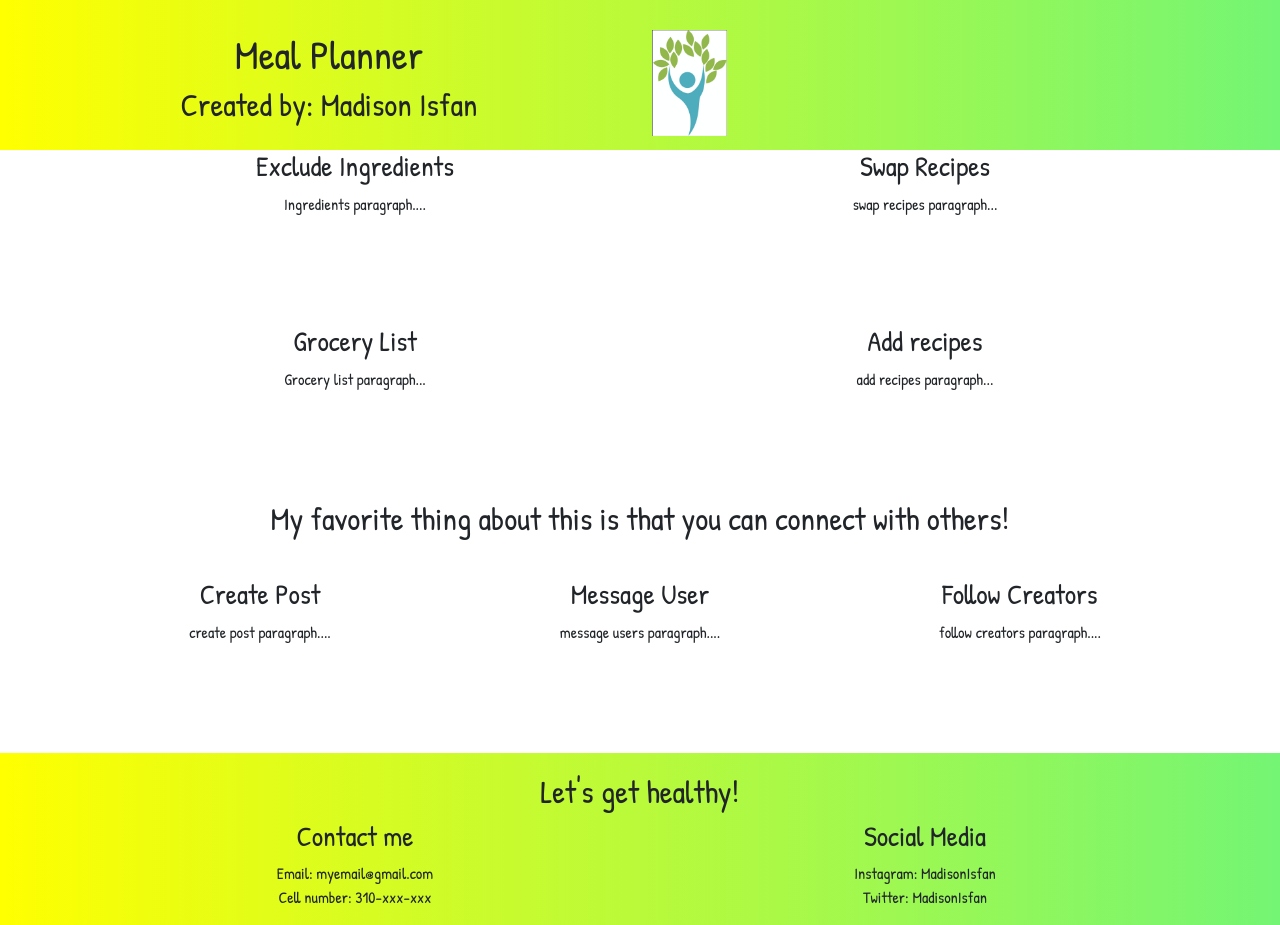
Repository: madisonisfan/Meal-Planner
Page: index.html
These files come from the project's save history. The page is drawn as it stood at one moment and after the next save; the edit follows.
The browser window is 1280 px wide. The pictures show the whole page.
Some web libraries are served in a nearby version.

Above is the page before, as saved 2021-02-19 11:09:18.

### index.html
<!DOCTYPE html>
<head>

    <meta charset="utf-8"/>
    <meta name="viewport" content="width=device-width, initial-scale=1"/>

    <link rel="stylesheet" href="node_modules/bootstrap/dist/css/bootstrap.min.css" />

    <link rel="stylesheet" href="https://fonts.googleapis.com/css?family=Indie+Flower|Patrick+Hand" />
    <link rel="stylesheet" href="css/styles.css"/>
    <title> Meal Planner </title>
</head>

<body>

    <header class="jumbotron">

            <div class="row align-self-center justify-content-start justify-content-lg-between"  > <!--"row align-self-center justify-content-start justify-content-lg-between"-->
                <!--<div class="col text-left ">
                    <!--<img src="healthySymbolSc.jpg">
                </div> -->
                <div class="col-5 col-md text-left text-md-center "><!--col-5 col-md text-left text-md-center-->
                    <h1>Meal Planner</h1>
                    <h2>Created by: Madison Isfan</h2>
                </div>

                <div class="col text-right ">
                    <img src="healthySymbolSc.jpg">
                </div>
            </div>

    </header>

    <div class="container ">
        <div class="row row-content">
            <div class="col-12 text-center col-md">
                <h3>Exclude Ingredients</h3>
                <p>Ingredients paragraph....</p>
            </div>
            <div class="col-12 text-center col-md">
                <h3>Swap Recipes</h3>
                <p >swap recipes paragraph...</p>
            </div>
        </div>

        <div class="row row-content ">
            <div class="col-12 text-center col-md">
                <h3>Grocery List</h3>
                <p>Grocery list paragraph...</p>
            </div>
            <div class="col-12 text-center col-md">
                <h3>Add recipes</h3>
                <p>add recipes paragraph...</p>
            </div>
        </div>

    </div> <!--End of container-->

    <div class="container">
        <div class="row align-items-start">
            <div class="col ">
                <h2 class=" extra-header text-center">My favorite thing about this is that you can connect with others!</h2>
            </div>
        </div>
        <div class="row row-content align-items-start justify-content-center" >
            <div class="col-12 text-center col-md">
                <h3>Create Post</h3>
                <p>create post paragraph....</p>

            </div>
            <div class="col-12 text-center col-md">
                <h3>Message User</h3>
                <p>message users paragraph....</p>
            </div>
            <div class="col-12 text-center col-md">
                <h3>Follow Creators</h3>
                <p>follow creators paragraph....</p>
            </div>

        </div>

    </div>

    <footer>
        <div class="container">
            <div class="row">
                <div class ="col">
                    <h2 class="text-center"> Let's get healthy! </h2>
                </div>
            </div>

            <div class="row">
                <div class="col-12 text-center col-md">
                    <h3 >Contact me</h3>
                    <ul class="list-unstyled">
                        <li>Email: myemail@gmail.com</li>
                        <li>Cell number: 310-xxx-xxx</li>
                    </ul>

                </div>
                <div class="col-12 text-center col-md">
                    <h3 >Social Media</h3>
                    <ul class="list-unstyled">
                        <li>Instagram: MadisonIsfan</li>
                        <li>Twitter: MadisonIsfan</li>
                    </ul>

                </div>
            </div>
        </div>
    </footer>


    <script src="node_modules/jquery/dist/jquery.slim.min.js"></script>
    <script src="node_modules/popper.js/dist/umd/popper.min.js"></script>
    <script src="node_modules/bootstrap/dist/js/bootstrap.min.js"></script>
</body>


</html>

### css/styles.css
header {
  padding: 20px;
  height: 150px;
}
body {
  font-family: "Patrick Hand";
}

footer {
  background-image: linear-gradient(to right, yellow, rgb(116, 245, 116));
  padding-top: 20px;
}

img {
  width: 75px;
}

.row-content {
  min-height: 175px;
}

.jumbotron {
  padding: 30px;
  background-image: linear-gradient(to right, yellow, rgb(116, 245, 116));
}

.extra-header {
  margin-bottom: 40px;
}

After the next save:
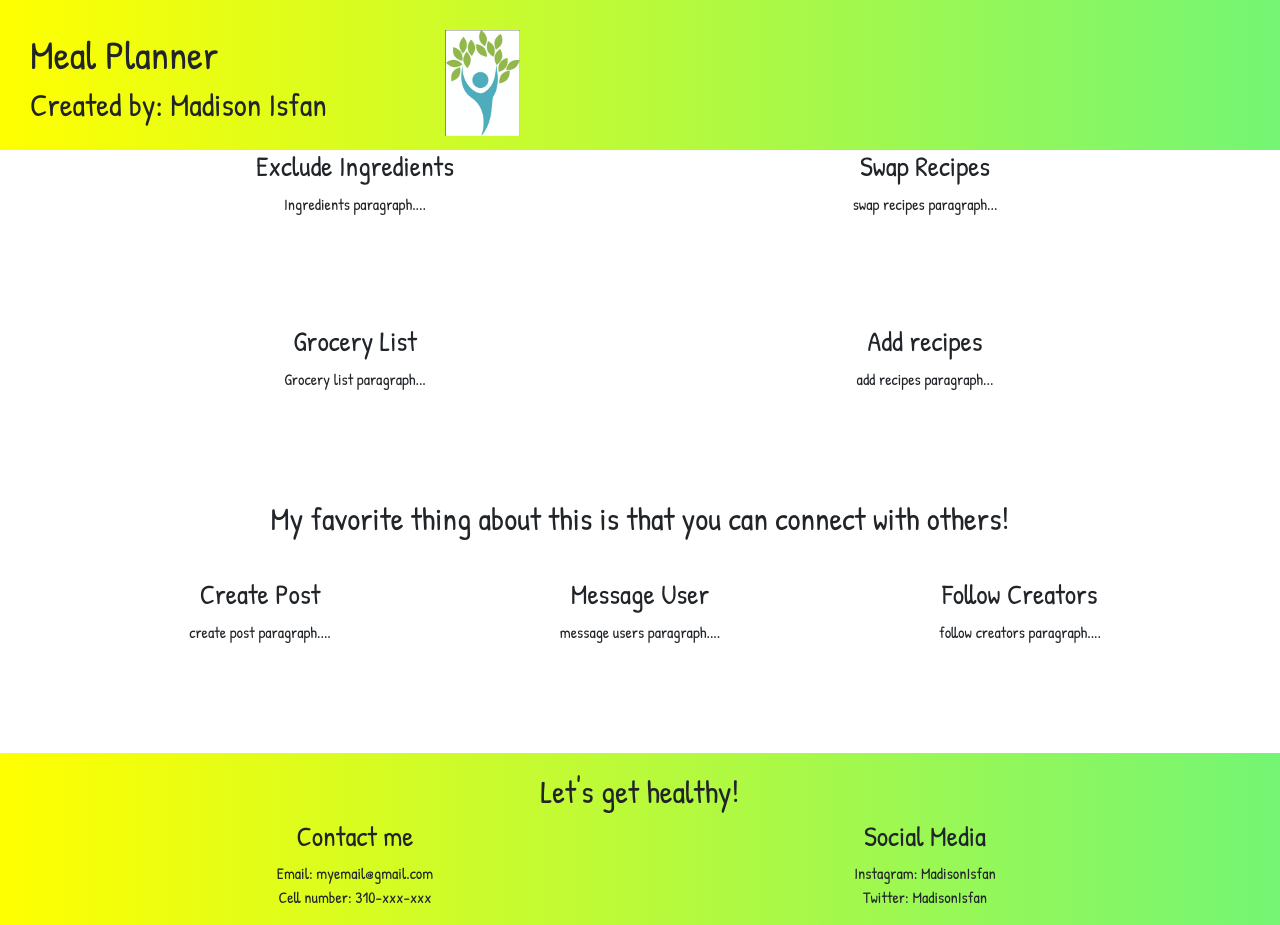
Saved 2 min 3 s later.
--- a/index.html
+++ b/index.html
@@ -15,16 +15,16 @@
 
     <header class="jumbotron">
 
-            <div class="row align-self-center justify-content-start justify-content-lg-between"  > <!--"row align-self-center justify-content-start justify-content-lg-between"-->
+            <div class="row"  > <!--"row align-self-center justify-content-start justify-content-lg-between"-->
                 <!--<div class="col text-left ">
                     <!--<img src="healthySymbolSc.jpg">
                 </div> -->
-                <div class="col-5 col-md text-left text-md-center "><!--col-5 col-md text-left text-md-center-->
+                <div class="col col-md-4"><!--col-5 col-md text-left text-md-center-->
                     <h1>Meal Planner</h1>
                     <h2>Created by: Madison Isfan</h2>
                 </div>
 
-                <div class="col text-right ">
+                <div class="col col-md-4 text-right ">
                     <img src="healthySymbolSc.jpg">
                 </div>
             </div>
